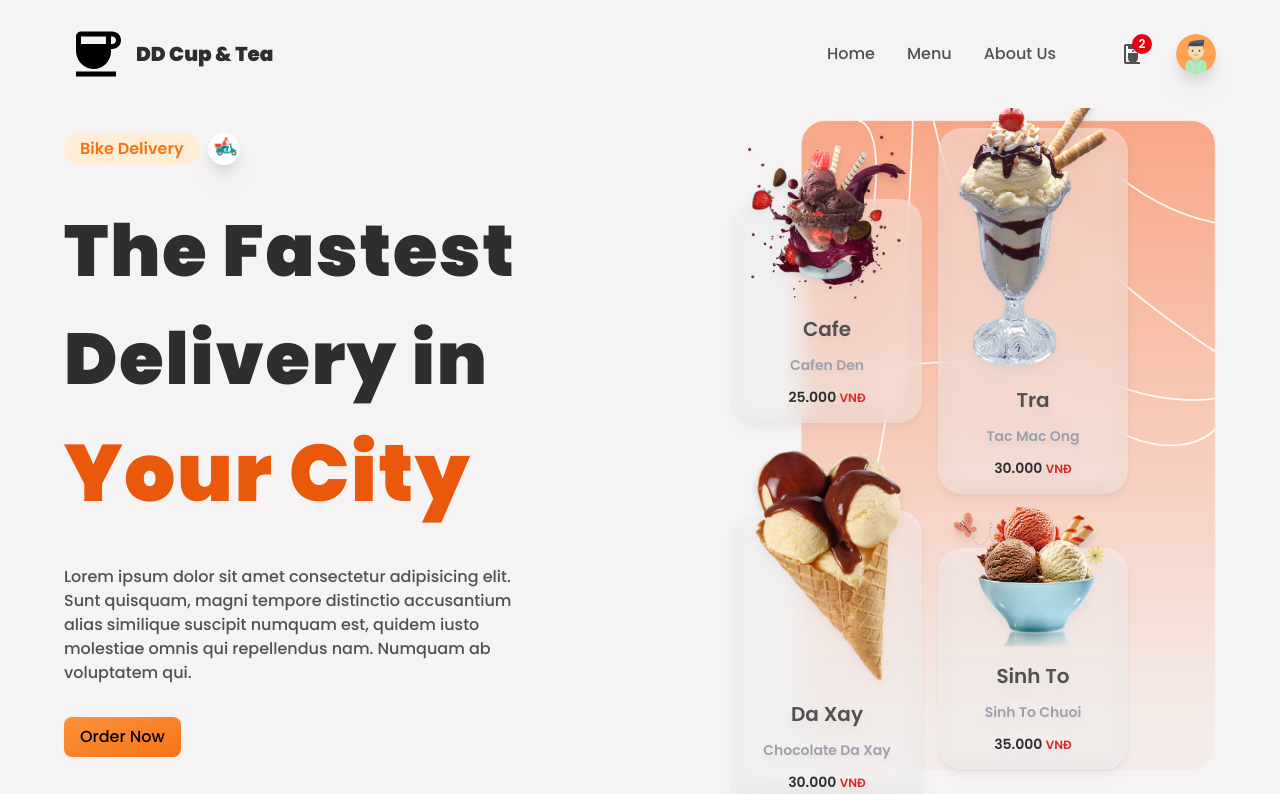
Repository: duongspm/ddcoffee
Page: /
An editor plug-in stored every save of this project. The page is shown before and after the next save, followed by the edit.
The browser window is 1280 px wide. The pictures show the whole page.
The project was rebuilt for these pictures with package versions that can differ from the ones it lists, and the page was loaded fresh each time. Also part of the build but not shown: src/App.css, src/components/CreateContainer.jsx.

Above is the page before, as saved 2022-07-12 20:20:12.

### src/index.js
import React from 'react';
import ReactDOM from 'react-dom/client';
import './index.css';
import App from './App';
import reportWebVitals from './reportWebVitals';

import { BrowserRouter as Router } from 'react-router-dom';

import { StateProvider } from './context/StateProvider';
import { initialState } from './context/initalState';
import reducer from './context/reducer';

const root = ReactDOM.createRoot(document.getElementById('root'));
root.render(
  <Router>
    <StateProvider initialState={initialState} reducer={reducer}>
      <App />
    </StateProvider>
  </Router>
  // <React.StrictMode>
  //   <App />
  // </React.StrictMode>
);

// If you want to start measuring performance in your app, pass a function
// to log results (for example: reportWebVitals(console.log))
// or send to an analytics endpoint. Learn more: https://bit.ly/CRA-vitals
reportWebVitals();

### src/index.css
/* body {
  margin: 0;
  font-family: -apple-system, BlinkMacSystemFont, 'Segoe UI', 'Roboto', 'Oxygen',
    'Ubuntu', 'Cantarell', 'Fira Sans', 'Droid Sans', 'Helvetica Neue',
    sans-serif;
  -webkit-font-smoothing: antialiased;
  -moz-osx-font-smoothing: grayscale;
}

code {
  font-family: source-code-pro, Menlo, Monaco, Consolas, 'Courier New',
    monospace;
} */

@import url(https://fonts.googleapis.com/css2?family=DM+Sans:ital,wght@0,400;0,500;1,400;1,500&family=Inter:wght@400;500;600&family=Mulish:wght@300&family=Nunito+Sans:wght@200&family=Playfair+Display:wght@700&family=Poppins:wght@500;600;900&family=Quicksand:wght@700&display=swap);
*{
  margin: 0;
  padding: 0;
  box-sizing: border-box;
}
body{
  font-family: 'Poppins', sans-serif, -apple-system, BlinkMacSystemFont, 'Segoe UI', 'Roboto', 'Oxygen',
  'Ubuntu', 'Cantarell', 'Fira Sans', 'Droid Sans', 'Helvetica Neue',
  sans-serif;
}
html, body{
  scroll-behavior: smooth;
  overflow-x: hidden; /*chống tràn*/
}
@tailwind base;
@tailwind components;
@tailwind utilities;

### src/App.js
import './App.css';
import {Route, Routes} from 'react-router-dom';
import MainContainer from './components/MainContainer';
import CreateContainer from './components/CreateContainer';
import { AnimatePresence } from 'framer-motion';

import { Header } from './components';

function App() {
  return (
    <AnimatePresence exitBeforeEnter>
      <div className="w-screen h-auto flex flex-col bg-primary">
        <Header/>
        <main className='mt-14 md:mt-24 px-4 md:px-16 py-4 w-full'>
          <Routes>
            <Route path='/*' element={<MainContainer/>}></Route>
            <Route path='/createItem' element={<CreateContainer/>}></Route>
          </Routes>
        </main>
      </div>
    </AnimatePresence>
  );
}

export default App;

### src/context/StateProvider.js
import React, {createContext, useContext, useReducer} from 'react';
export const StateContext = createContext();
export const StateProvider = ({reducer, initialState, children}) => (
    <StateContext.Provider value={useReducer(reducer, initialState)}>
        {children}
    </StateContext.Provider>
);

export const useStateValue = () => useContext(StateContext);

### src/context/initalState.js
import { fetchUser } from "../utils/fetchLocalStorageData"

const userInfo = fetchUser()

export const initialState = {
    user: null,
}

### src/context/reducer.js
export const actionType = {
    SET_USER: "SET_USER",
};

const reducer = (state, action) => {
    console.log(action);

    switch (action.type){
        case actionType.SET_USER:
            return {
                ...state,
                user: action.user,
            };

        default:
            return state;
    }
};

export default reducer;

### src/components/MainContainer.jsx
import React from 'react';
import HomeContainer from './HomeContainer';

const MainContainer = () => {
    return (
        <div className='w-full h-auto flex flex-col items-center justify-center'>
            <HomeContainer/>
        </div>
    );
};

export default MainContainer;

### src/components/index.js
export {default as Header} from './Header';
export {default as MainContainer} from './MainContainer';
export {default as CreateContainer} from './CreateContainer';
export {default as HomeContainer} from './HomeContainer';

### src/utils/fetchLocalStorageData.js
export const fetchUser = () => {
    const userInfo =
        localStorage.getItem("user") !== "undefined"
        ? JSON.parse(localStorage.getItem("user"))
        : localStorage.clear();
    return userInfo;
}

### src/components/HomeContainer.jsx
import React from 'react';
import delivery from '../assets/imgs/delivery.png';
import HeroBg from '../assets/imgs/heroBg.png';
import heroData from '../utils/data'

const HomeContainer = () => {
    return (
        <section id="home" className='grid grid-cols-1 md:grid-cols-2 gap-2 w-full'>
            <div className='py-2 flex flex-1 flex-col items-start  justify-center gap-8'>
                <div className='flex items-center gap-2 justify-center'>
                    <p className='text-base text-orange-500 font-semibold bg-orange-100 px-4 py-1 rounded-full'>Bike Delivery</p>
                    <div className='w-8 h-8 bg-white rounded-full overflow-hidden drop-shadow-xl'>
                        <img src={delivery} className="w-full h-full object-contain" alt="deli"/>
                    </div>
                </div>
                <p className='text-[2.5rem] font-bold tracking-wide text-headingColor lg:text-[4.5rem]'>The Fastest Delivery in <span className='text-orange-600 text-[3rem] lg:text-[5rem]'>Your City</span></p>
                <p className='text-base text-textColor text-center md:text-left md:w-[80%]'>Lorem ipsum dolor sit amet consectetur adipisicing elit. Sunt quisquam, magni tempore distinctio accusantium alias similique suscipit numquam est, quidem iusto molestiae omnis qui repellendus nam. Numquam ab voluptatem qui.</p>
                <button type='button' className='bg-gradient-to-br from-orange-400 to-orange-500 w-full px-4 py-2 rounded-lg hover:shadow-lg transition-all ease-in-out md:w-auto'>Order Now</button>
            </div>
            <div className='py-2 flex-1 flex items-center relative'>
                <img src={HeroBg} className="ml-auto h-420 w-full lg:w-auto lg:h-650" alt="hero-bg"/>

                <div className='w-full h-full absolute flex items-center justify-center top-0 left-0 py-4 gap-4 flex-wrap lg:px-26'>
                    {heroData && heroData.map(n => (
                        <div key={n.id} className='w-190 bg-cardOverlay backdrop-blur-md p-4 rounded-3xl flex flex-col items-center justify-center lg:w-190 drop-shadow-lg'>
                        <img src={n.imageSrc} className='w-20 lg:w-40 -mt-10 lg:-mt-20' alt='i1'/>
                        <p className='text-base lg:text-xl font-semibold text-textColor mt-2 lg:mt-4'>{n.name}</p>
                        <p className='text-[12px] lg:text-sm font-semibold text-lighttextGray my-1 lg:my-3'>{n.decp}</p>
                        <p className='text-sm font-semibold text-headingColor'>{n.price} <span className='text-xs text-red-600'>VNĐ</span></p>
                    </div>
                    ))}
                </div>
            </div>
        </section>
    );
};

export default HomeContainer;

### src/components/Header.jsx
import React, { useState } from 'react';
import {motion} from "framer-motion";
import {Link} from 'react-router-dom';
import {MdCoffee} from 'react-icons/md';
import {MdCoffeeMaker, MdAdd, MdLogout, MdAccountCircle} from 'react-icons/md';
//import Logo from '../assets/imgs/logo-dendo-cocaybua.png';
import Avatar from '../assets/imgs/avatar.png';
import { getAuth, signInWithPopup, GoogleAuthProvider } from "firebase/auth";
import { app } from '../firebase.config';
import { useStateValue } from '../context/StateProvider';
import { actionType } from '../context/reducer';

const Header = () => {
    const firebaseAuth = getAuth(app);
    const provider = new GoogleAuthProvider();

    const [{user}, dispatch] = useStateValue()

    const [isMenu, setIsMenu] = useState(false);

    const login = async () => {
        //đăng nhập rồi click vô avt k hiện đăng nhập nữa
        if(!user)
        {
            const {user: {refreshToken, providerData}} = await signInWithPopup(firebaseAuth, provider);
            dispatch({
                type : actionType.SET_USER,
                user : providerData[0],
            });
            localStorage.setItem("user", JSON.stringify(providerData[0]))
        }else{
            setIsMenu(!isMenu);
        }
    };
    const logout = () => {
        setIsMenu(false);
        localStorage.clear();
        dispatch({
            type: actionType.SET_USER,
            user: null,
        });
    }

    return (
        <header className='fixed z-50 w-screen p-3 px-4 md:p-6 md:px-16 bg-primary'>
            {/* desktop */}
            <div className='hidden md:flex w-full h-full items-center justify-between'>
                <Link to={"/"} className='flex items-center gap-2'>
                    {/* <img src={Logo} className="w-16 object-cover" alt="Logo nef"/> */}
                    <MdCoffee className='w-16 object-cover cursor-pointer text-6xl hover:text-cartNumBg'></MdCoffee>
                    <motion.p whileTap={{scale: 0.6}}  className='text-headingColor text-xl font-bold'>DD Cup & Tea</motion.p>
                </Link>
                <div className='flex items-center gap-8'> {/* bo ra ngoai div nay thi no se nam giua */}
                    <motion.ul
                        initial={{opacity: 0, x: 200}}
                        animate={{opacity: 1, x: 0}}
                        exit={{opacity: 0, x: 200}}
                        className="flex items-center gap-8 ">
                        <li className='text-base text-textColor hover:text-cartNumBg duration-100 transition-all ease-in-out cursor-pointer'>Home</li>
                        <li className='text-base text-textColor hover:text-cartNumBg duration-100 transition-all ease-in-out cursor-pointer'>Menu</li>
                        <li className='text-base text-textColor hover:text-cartNumBg duration-100 transition-all ease-in-out cursor-pointer'>About Us</li>
                    </motion.ul>
                    <div className='relative flex items-center justify-center'>
                        <MdCoffeeMaker className='text-textColor text-2xl ml-8 cursor-pointer'></MdCoffeeMaker>
                        <div className='absolute -top-2 -right-2 w-5 h-5 rounded-full bg-cartNumBg flex items-center justify-center'>
                            <p className='text-xs text-white font-semibold'>2</p>
                        </div>
                    </div>
                    <div className='relative'>
                        <motion.img whileTap={{scale: 0.6}} className='w-10 min-w-[40px] h-10 min-h-[40px] drop-shadow-xl rounded-full' src={user ? user.photoURL : Avatar} alt="avata nguoi dung"
                        onClick={login}/>
                        {/* Menu In4 */}
                        {
                            isMenu &&
                            (
                                <motion.div
                                    initial={{opacity: 0, scale: 0.6}}
                                    animate={{opacity: 1, scale: 1}}
                                    exit={{opacity: 0, scale: 0.6}}
                                    className='w-40 bg-gray-50 shadow-xl rounded-lg absolute flex flex-col top-12 right-0'>
                                    {
                                        user && user.email === "tranvanduong10a22016bb@gmail.com" && (
                                            <Link to={'/createItem'}>
                                                <p className='px-4 py-2 flex items-center gap-3 cursor-pointer hover:bg-slate-100 transition-all duration-100 ease-in-out text-textColor text-base '><MdAdd/> New Item </p>
                                            </Link>
                                        )
                                    }
                                    <Link to={'/info'}>
                                        <p className='px-4 py-2 flex items-center gap-3 cursor-pointer hover:bg-slate-100 transition-all duration-100 ease-in-out text-textColor text-base'><MdAccountCircle/>{user ? user.displayName : 'In4'} </p>
                                    </Link>
                                    <hr/>
                                    <p className='px-4 py-2 flex items-center gap-3 cursor-pointer hover:bg-slate-100 transition-all duration-100 ease-in-out text-textColor text-base' onClick={logout}><MdLogout/> Logout </p>
                                </motion.div>
                            )
                        }
                        {/* End Menu In4 */}
                    </div>
                </div>
            </div>
            {/* mobile */}
            <div className='flex items-center justify-between md:hidden w-full h-full'>
                <div className='relative flex items-center justify-center'>
                    <MdCoffeeMaker className='text-textColor text-2xl ml-8 cursor-pointer'></MdCoffeeMaker>
                    <div className='absolute -top-2 -right-2 w-5 h-5 rounded-full bg-cartNumBg flex items-center justify-center'>
                        <p className='text-xs text-white font-semibold'>2</p>
                    </div>
                </div>
                <Link to={"/"} className='flex items-center gap-2'>
                    {/* <img src={Logo} className="w-16 object-cover" alt="Logo nef"/> */}
                    <MdCoffee className='w-16 object-cover cursor-pointer text-6xl hover:text-cartNumBg'></MdCoffee>
                    <motion.p whileTap={{scale: 0.6}}  className='text-headingColor text-xl font-bold'>DD Cup & Tea</motion.p>
                </Link>

                <div className='relative'>
                        <motion.img whileTap={{scale: 0.6}} className='w-10 min-w-[40px] h-10 min-h-[40px] drop-shadow-xl rounded-full' src={user ? user.photoURL : Avatar} alt="avata nguoi dung"
                        onClick={login}/>
                        {/* Menu In4 */}
                        {
                            isMenu &&
                            (
                                <motion.div
                                    initial={{opacity: 0, scale: 0.6}}
                                    animate={{opacity: 1, scale: 1}}
                                    exit={{opacity: 0, scale: 0.6}}
                                    className='w-40 bg-gray-50 shadow-xl rounded-lg absolute flex flex-col top-12 right-0'>
                                    {
                                        user && user.email === "tranvanduong10a22016bb@gmail.com" && (
                                            <Link to={'/createItem'}>
                                                <p className='px-4 py-2 flex items-center gap-3 cursor-pointer hover:bg-slate-100 transition-all duration-100 ease-in-out text-textColor text-base justify-center'><MdAdd/> New Item </p>
                                            </Link>
                                        )
                                    }
                                    <ul className="flex flex-col">
                                        <li className='text-base text-textColor hover:text-cartNumBg duration-100 transition-all ease-in-out cursor-pointer hover:bg-slate-100 px-4 py-2'>Home</li>
                                        <li className='text-base text-textColor hover:text-cartNumBg duration-100 transition-all ease-in-out cursor-pointer hover:bg-slate-100 px-4 py-2'>Menu</li>
                                        <li className='text-base text-textColor hover:text-cartNumBg duration-100 transition-all ease-in-out cursor-pointer hover:bg-slate-100 px-4 py-2'>About Us</li>
                                    </ul>
                                    <hr/>
                                    <Link to={'/info'}>
                                        <p className='px-4 py-2 flex items-center gap-3 cursor-pointer hover:bg-slate-100 transition-all duration-100 ease-in-out text-textColor text-base justify-center'><MdAccountCircle/> In4 </p>
                                    </Link>
                                    <hr/>
                                    <p className='m-2 p-2 rounded-md shadow-md flex items-center gap-3 cursor-pointer hover:bg-slate-300 transition-all duration-100 ease-in-out text-textColor text-base justify-center bg-gray-200 ' onClick={logout}><MdLogout/> Logout </p>
                                </motion.div>
                            )
                        }
                        {/* End Menu In4 */}
                    </div>
            </div>
        </header>
    );
};

export default Header;

### src/utils/data.js
import I1 from '../assets/imgs/i1.png';
import I2 from '../assets/imgs/i2.png';
import I3 from '../assets/imgs/i3.png';
import I4 from '../assets/imgs/i4.png';
const heropData = [
    {id : 1, name: 'Cafe', decp : 'Cafen Den', price : '25.000', imageSrc : I1},
    {id : 2, name: 'Tra', decp : 'Tac Mac Ong', price : '30.000', imageSrc : I2},
    {id : 3, name: 'Da Xay', decp : 'Chocolate Da Xay', price : '30.000', imageSrc : I3},
    {id : 4, name: 'Sinh To', decp : 'Sinh To Chuoi', price : '35.000', imageSrc : I4},
]
export default heropData;

### src/firebase.config.js
import {getApp, getApps, initializeApp} from 'firebase/app';
import {getFirestore} from 'firebase/firestore';
import {getStorage} from 'firebase/storage';

const firebaseConfig = {
    apiKey : "AIzaSyAiraH4JLA5tCdJ0jHuDoW_0qsknKtMiQc" ,
    authDomain : "ddcoffee-35878.firebaseapp.com" ,
    databaseURL : "https://ddcoffee-35878-default-rtdb.firebaseio.com" ,
    projectId : "ddcoffee-35878" ,
    storageBucket : "ddcoffee-35878.appspot.com" ,
    messagingSenderId : "404922796023" ,
    appId : "1:404922796023:web:4717a230c36f3a24a4d0f2"
    };

    const app = getApps.length > 0 ? getApp() : initializeApp(firebaseConfig);

    const firestore = getFirestore(app);
    const storage = getStorage(app);

    export {app, firestore, storage};

### tailwind.config.js
/** @type {import('tailwindcss').Config} */
module.exports = {
  content: [
    "./src/**/*.{js,jsx,ts,tsx}",
  ],
  theme: {
    extend: {
      margin: {
        320: "320px",
      },
      width: {
        150: "150px",
        190: "190px",
        225: "225px",
        275: "275px",
        300: "300px",
        340: "340px",
        350: "350px",
        375: "375px",
        460: "460px",
        656: "656px",
        880: "880px",
        508: "508px",
      },
      height: {
        80: "80px",
        150: "150px",
        225: "225px",
        300: "300px",
        340: "340px",
        370: "370px",
        420: "420px",
        510: "510px",
        600: "600px",
        650: "650px",
        685: "685px",
        800: "800px",
        "90vh": "90vh",
      },
      minWidth: {
        210: "210px",
        350: "350px",
        620: "620px",
      },
      colors: {
        headingColor:"#2e2e2e",
        textColor:"#515151",
        cartNumBg:"#e80013",
        primary:"#f5f3f3",
        // textColor: "#101010",
        // activeText: "#D6230A",
        gradientBg: "rgba(116, 249, 105,0.4)",
        // whiteAlpha: "rgba(255,255,255,0.2)",
        // cardColor: "#f5f5f5",
        // cartBg: "#282a2c",
        // cartItem: "#2e3033",
        // cartTotal: "#343739",
        cardOverlay: "rgba(256,256,256,0.4)",
        lighttextGray:"#9ca0ab",
      },
      screens: {
        sm: "640px",
        md: "768px",
        lg: "1024px",
        xl: "1280px",
        "2xl": "1536px",
      },
    },
  },
  plugins: [],
}

Loaded but not shown: public/index.html (common file); src/reportWebVitals.js (common file)

After the next save:
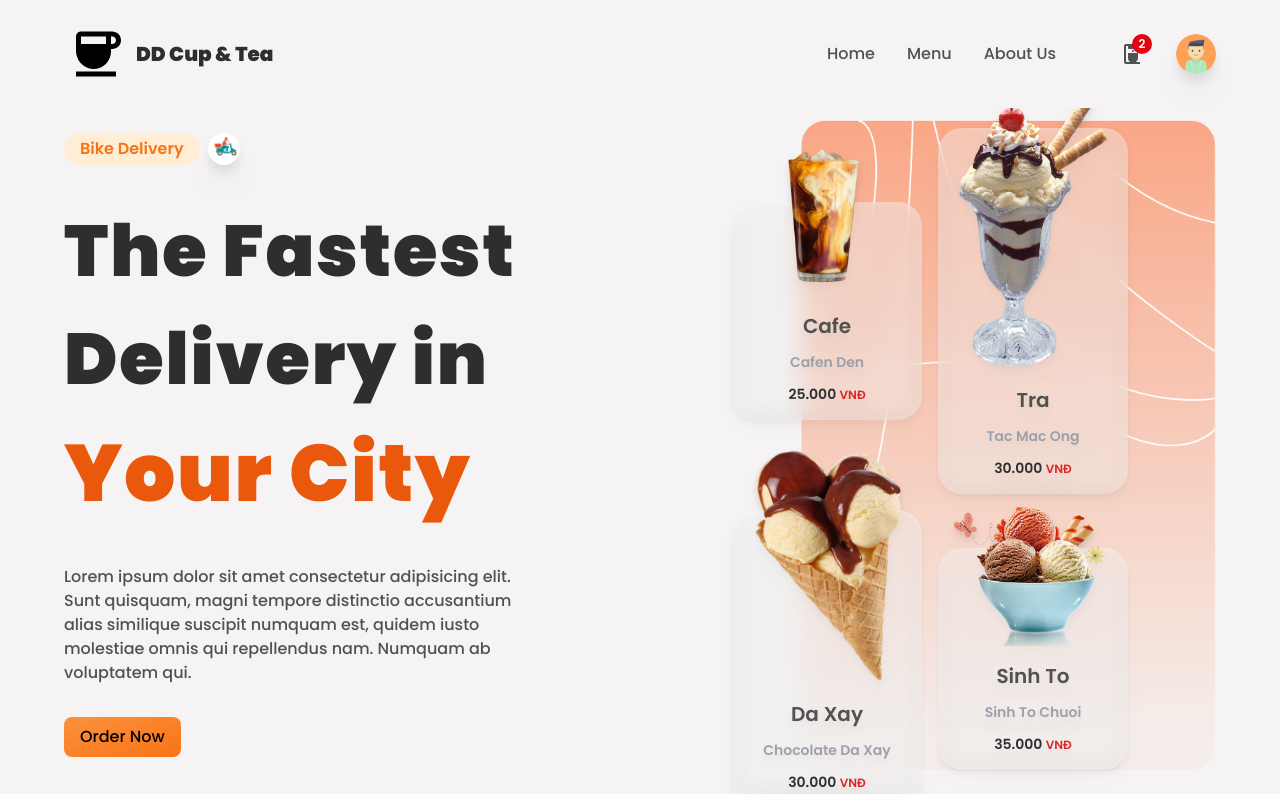
Saved 8 min 5 s later.
--- a/src/utils/data.js
+++ b/src/utils/data.js
@@ -1,4 +1,4 @@
-import I1 from '../assets/imgs/i1.png';
+import I1 from '../assets/imgs/bacxiu.png';
 import I2 from '../assets/imgs/i2.png';
 import I3 from '../assets/imgs/i3.png';
 import I4 from '../assets/imgs/i4.png';
